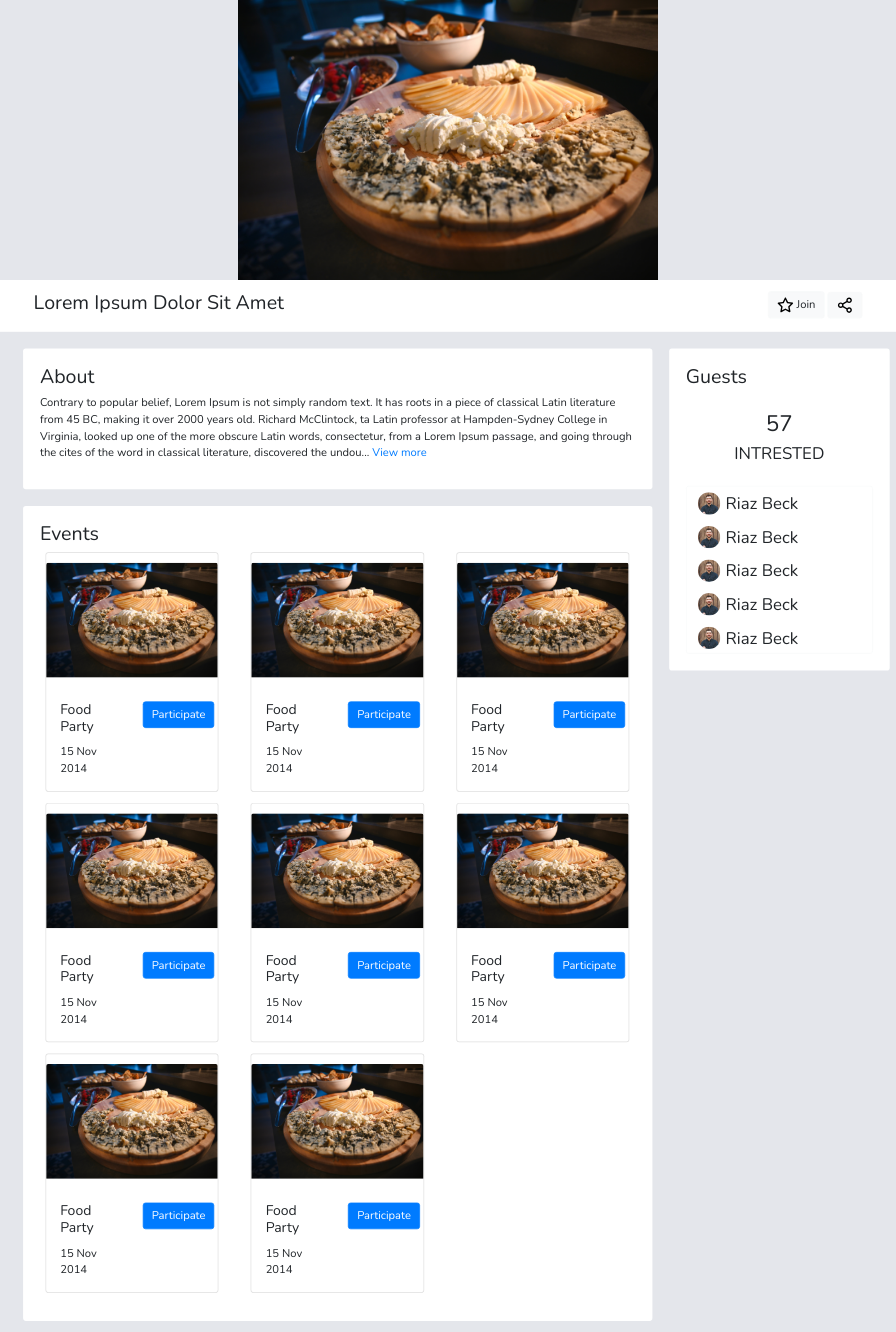
Repository: iamrachid/ensaevents
Page: club.html
These files come from the project's save history. The page is drawn as it stood at one moment and after the next save; the edit follows.
The browser window is 1280 px wide. The pictures show the whole page, at 70% of full size.

Above is the page before, as saved 2021-11-25 19:33:53.

### club.html
<html>

<head>
    <meta charset="UTF-8">
    <meta http-equiv="X-UA-Compatible" content="IE=edge">
    <meta name="viewport" content="width=device-width, initial-scale=1.0">
    <title>Document</title>
    <link rel="stylesheet" href="css/bootstrap.css">
    <link rel="stylesheet" href="css/style.css">
    <!-- Link Swiper's CSS -->
    <link rel="stylesheet" href="https://unpkg.com/swiper/swiper-bundle.min.css" />

    <link rel="preconnect" href="https://fonts.googleapis.com">
    <link rel="preconnect" href="https://fonts.gstatic.com" crossorigin>
    <link
        href="https://fonts.googleapis.com/css2?family=Nunito:ital,wght@0,200;0,300;0,400;0,600;0,700;0,800;0,900;1,200;1,300;1,400;1,600;1,700;1,800;1,900&display=swap"
        rel="stylesheet">
</head>

<body class="w-100">

    <div class="text-center bg-main d-flex justify-content-center">
        <img src="assets/img/card-1.jpg" class="cover-img">
    </div>
    <div class="py-3 px-md-5 px-3">
        <div class="row">
            <div class="col-md-8 col-12">
                <h3>Lorem Ipsum Dolor Sit Amet</h3>
            </div>
            <div class="col-md-4 col-12 d-flex justify-content-start justify-content-md-end">
                <div class="">

                    <button class="btn btn-light ">
                        <svg class="btn-icon">
                            <use xlink:href="assets/img/icons.svg#icon-star"></use>
                        </svg>
                        Join</button>
                    <button class="btn btn-light">
                        <svg class="btn-icon">
                            <use xlink:href="assets/img/icons.svg#icon-share-2"></use>
                        </svg>
                    </button>
                </div>
            </div>
        </div>
    </div>

    <div class="px-md-4 p-0 pb-3 bg-main">
        <div class="row">
            <div class="col-md-8 col-lg-9 col-12 px-4 px-md-3 px-lg-4">
                <div class="bg-white mt-4 p-4 rounded">
                    <h3>About</h3>
                    <!-- <div class="d-flex">
                        <svg class="detail-icon mr-2 mb-2">
                            <use xlink:href="assets/img/icons.svg#icon-users"></use>
                        </svg>
                        <span>69 people responded</span>
                    </div>
                    <div class="d-flex">
                        <svg class="detail-icon mr-2  mb-2">
                            <use xlink:href="assets/img/icons.svg#icon-user"></use>
                        </svg>
                        <span>Event By <strong>Club Social</strong></span>
                    </div>
                    <div class="d-flex">
                        <svg class="detail-icon mr-2 mb-2">
                            <use xlink:href="assets/img/icons.svg#icon-public"></use>
                        </svg>
                        <span>Public · Anyone can attend this event</span>
                    </div> -->
                    <p>
                        <span>
                            Contrary to popular belief, Lorem Ipsum is not simply random text. It has roots in a piece
                            of
                            classical
                            Latin literature from 45 BC, making it over 2000 years old. Richard McClintock, ta Latin
                            professor
                            at
                            Hampden-Sydney College in Virginia, looked up one of the more obscure Latin words,
                            consectetur,
                            from
                            a
                            Lorem Ipsum passage, and going through the cites of the word in classical literature,
                            discovered
                            the
                            undou</span><span class="collapse  multi-collapse show fast" id="dots">...</span>
                        <span class="collapse  multi-collapse fast" id="more-text">btable source. Lorem Ipsum comes from
                            sections
                            1.10.32 and 1.10.33 of "de Finibus Bonorum et
                            Malorum" (The Extremes of Good and Evil) by Cicero, written in 45 BC. This book is a
                            treatise on
                            the
                            theory of ethics, very popular during the Renaissance. The first line of Lorem Ipsum, "Lorem
                            ipsum
                            dolor
                            sit amet..", comes from a line in section 1.10.32.
                        </span>

                        <a class="collapse  multi-collapse fast" type="button" id="less" data-toggle="collapse"
                            data-target=".multi-collapse" aria-expanded="false"
                            aria-controls="dots more less more-text">View less</a>
                        <a class="collapse show  multi-collapse fast" type="button" id="more" data-toggle="collapse"
                            data-target=".multi-collapse" aria-expanded="false"
                            aria-controls="dots more less more-text">View more</a>
                    </p>
                </div>
                <div class="bg-white mt-4 p-4 rounded">
                    <h3>Events</h3>
                    <div class="row">
                        <div class="col-12 col-sm-6 col-xl-4 col-lg-6 col-md-12"">
                            <div class=" card rounded mx-0 mx-sm-1 mx-md-2 mb-3">
                            <div class="card-img-box">
                                <img class="card-img-top" src="assets/img/card-1.jpg" alt="Card image cap">
                            </div>
                            <div class="card-body row">
                                <div class="col-6">
                                    <h5 class="card-title">Food Party</h5>
                                    <p class="card-text">15 Nov 2014</p>
                                </div>
                                <div class="col-6 text-right">
                                    <a href="#" class="btn btn-primary">Participate</a>
                                </div>
                            </div>
                        </div>
                    </div>
                    <div class="col-12 col-sm-6 col-xl-4 col-lg-6 col-md-12"">
                            <div class=" card rounded mx-0 mx-sm-1 mx-md-2 mb-3">
                        <div class="card-img-box">
                            <img class="card-img-top" src="assets/img/card-1.jpg" alt="Card image cap">
                        </div>
                        <div class="card-body row">
                            <div class="col-6">
                                <h5 class="card-title">Food Party</h5>
                                <p class="card-text">15 Nov 2014</p>
                            </div>
                            <div class="col-6 text-right">
                                <a href="#" class="btn btn-primary">Participate</a>
                            </div>
                        </div>
                    </div>
                </div>
                <div class="col-12 col-sm-6 col-xl-4 col-lg-6 col-md-12"">
                            <div class=" card rounded mx-0 mx-sm-1 mx-md-2 mb-3">
                    <div class="card-img-box">
                        <img class="card-img-top" src="assets/img/card-1.jpg" alt="Card image cap">
                    </div>
                    <div class="card-body row">
                        <div class="col-6">
                            <h5 class="card-title">Food Party</h5>
                            <p class="card-text">15 Nov 2014</p>
                        </div>
                        <div class="col-6 text-right">
                            <a href="#" class="btn btn-primary">Participate</a>
                        </div>
                    </div>
                </div>
            </div>
            <div class="col-12 col-sm-6 col-xl-4 col-lg-6 col-md-12"">
                            <div class=" card rounded mx-0 mx-sm-1 mx-md-2 mb-3">
                <div class="card-img-box">
                    <img class="card-img-top" src="assets/img/card-1.jpg" alt="Card image cap">
                </div>
                <div class="card-body row">
                    <div class="col-6">
                        <h5 class="card-title">Food Party</h5>
                        <p class="card-text">15 Nov 2014</p>
                    </div>
                    <div class="col-6 text-right">
                        <a href="#" class="btn btn-primary">Participate</a>
                    </div>
                </div>
            </div>
        </div>
        <div class="col-12 col-sm-6 col-xl-4 col-lg-6 col-md-12"">
                            <div class=" card rounded mx-0 mx-sm-1 mx-md-2 mb-3">
            <div class="card-img-box">
                <img class="card-img-top" src="assets/img/card-1.jpg" alt="Card image cap">
            </div>
            <div class="card-body row">
                <div class="col-6">
                    <h5 class="card-title">Food Party</h5>
                    <p class="card-text">15 Nov 2014</p>
                </div>
                <div class="col-6 text-right">
                    <a href="#" class="btn btn-primary">Participate</a>
                </div>
            </div>
        </div>
    </div>
    <div class="col-12 col-sm-6 col-xl-4 col-lg-6 col-md-12"">
                            <div class=" card rounded mx-0 mx-sm-1 mx-md-2 mb-3">
        <div class="card-img-box">
            <img class="card-img-top" src="assets/img/card-1.jpg" alt="Card image cap">
        </div>
        <div class="card-body row">
            <div class="col-6">
                <h5 class="card-title">Food Party</h5>
                <p class="card-text">15 Nov 2014</p>
            </div>
            <div class="col-6 text-right">
                <a href="#" class="btn btn-primary">Participate</a>
            </div>
        </div>
    </div>
    </div>
    <div class="col-12 col-sm-6 col-xl-4 col-lg-6 col-md-12"">
                            <div class=" card rounded mx-0 mx-sm-1 mx-md-2 mb-3">
        <div class="card-img-box">
            <img class="card-img-top" src="assets/img/card-1.jpg" alt="Card image cap">
        </div>
        <div class="card-body row">
            <div class="col-6">
                <h5 class="card-title">Food Party</h5>
                <p class="card-text">15 Nov 2014</p>
            </div>
            <div class="col-6 text-right">
                <a href="#" class="btn btn-primary">Participate</a>
            </div>
        </div>
    </div>
    </div>
    <div class="col-12 col-sm-6 col-xl-4 col-lg-6 col-md-12"">
                            <div class=" card rounded mx-0 mx-sm-1 mx-md-2 mb-3">
        <div class="card-img-box">
            <img class="card-img-top" src="assets/img/card-1.jpg" alt="Card image cap">
        </div>
        <div class="card-body row">
            <div class="col-6">
                <h5 class="card-title">Food Party</h5>
                <p class="card-text">15 Nov 2014</p>
            </div>
            <div class="col-6 text-right">
                <a href="#" class="btn btn-primary">Participate</a>
            </div>
        </div>
    </div>
    </div>

    </div>
    </div>
    </div>
    <div class=" px-4 px-md-0 py-4 col-md-4 col-lg-3  col-sm-12 ">
        <div class="bg-white  p-4 rounded">
            <h3>Guests</h3>
            <div class="d-flex  justify-content-center py-4">
                <div class="d-flex flex-column align-items-center">
                    <h2 cla>57</h2>
                    <h4 class="text-uppercase">Intrested</h4>
                </div>

            </div>
            <div class="overflow-auto border-light border rounded users px-2">
                <div class="user d-flex align-items-center">
                    <img class="user-img m-2" src="assets/img/user.png" />
                    <span class="user-name">Riaz Beck</span>
                </div>
                <div class="user d-flex align-items-center">
                    <img class="user-img m-2" src="assets/img/user.png" />
                    <span class="user-name">Riaz Beck</span>
                </div>
                <div class="user d-flex align-items-center">
                    <img class="user-img m-2" src="assets/img/user.png" />
                    <span class="user-name">Riaz Beck</span>
                </div>
                <div class="user d-flex align-items-center">
                    <img class="user-img m-2" src="assets/img/user.png" />
                    <span class="user-name">Riaz Beck</span>
                </div>
                <div class="user d-flex align-items-center">
                    <img class="user-img m-2" src="assets/img/user.png" />
                    <span class="user-name">Riaz Beck</span>
                </div>
                <div class="user d-flex align-items-center">
                    <img class="user-img m-2" src="assets/img/user.png" />
                    <span class="user-name">Riaz Beck</span>
                </div>
                <div class="user d-flex align-items-center">
                    <img class="user-img m-2" src="assets/img/user.png" />
                    <span class="user-name">Riaz Beck</span>
                </div>
                <div class="user d-flex align-items-center">
                    <img class="user-img m-2" src="assets/img/user.png" />
                    <span class="user-name">Riaz Beck</span>
                </div>
                <div class="user d-flex align-items-center">
                    <img class="user-img m-2" src="assets/img/user.png" />
                    <span class="user-name">Riaz Beck</span>
                </div>
                <div class="user d-flex align-items-center">
                    <img class="user-img m-2" src="assets/img/user.png" />
                    <span class="user-name">Riaz Beck</span>
                </div>
            </div>
        </div>
    </div>
    </div>
    <script src="js/jquery-3.6.0.js">
    </script>
    <!-- Bootstrap -->
    <script src="js/bootstrap.js"></script>
    <!-- Swiper JS -->
    <script src="js/swiper-bundle.min.js"></script>

    <!-- Main script -->
    <script src="js/script.js"></script>

</body>

</html>

### css/style.css
@font-face {
    font-family: Forever;
    src: url(../font/Foreverbrushscript-GwZy.otf);
  }

html, body{
    font-family: "Nunito";
    font-weight: 400;
    width: 100%;
}
.hero {
    background: linear-gradient(45deg, rgba(173,225,255,1) 0%, rgba(186,175,255,1) 40%, rgba(175,255,182,1) 74%, rgba(175,255,182,1) 100%);
}
.btn-header {
    font-size: 1rem;
}

.heading-title {
    font-size: 5rem;
    font-weight: 800;
}
@media only screen and (max-width: 768px) {
    .heading-title {
        font-size: 4rem;
    }

    .padding-smallSize {
        padding: .5rem;
    }
}

.heading-title_white {
    color: #fafafa;
}
.heading-subtitle {
    color: #fafafa;
    letter-spacing: .2cm;
}
.search-bar {
    padding: .51rem 0.5rem;
    background-color: white;
    left: 50%;
    transform: translate(-50%,-50%);
    border-radius: 30px;
}

.search-btn {
    background-color: #b2d0ff;
    color: #fafafa;
    font-weight: 600;
}

.card-img-box {
    height: 12rem;
    overflow: hidden;
    display: flex;
    justify-content: center;
    align-items: center;
}

.forever {
    font-family: Forever;
    font-size:2rem
}

.bg-color-blue {
    background-color:#b2d0ff;
}

.gradient {
    background:linear-gradient(to right,rgba(149, 133, 255,1) 0%, rgba(186,175,255,1)  100%);
}

.menu-icon {
    width: 1.2rem;
    height: 1.2rem;
    fill: #fff;
}

.menu-active {
    border-left: 5px solid #fff;
}

.side-nav-link, .side-nav-link:hover {
    color: #fff;
}

.side-nav-item.active:hover {
    padding-right:5px;
}

.side-nav-item {
    transition: all  0.3s;
}

.side-nav-item:hover, .side-nav-item.active {
    border-left: 5px solid #fff;
    transition: all 0.3s;
}

.btn-purple {
    color: #fff;
    background-color: rgba(149, 133, 255,1);
    border-color: rgba(149, 133, 255,1);
}

.btn-purple:hover {
    color: #fff;
    background-color: rgba(186,175,255,1);
    border-color: rgba(186,175,255,1);
}

.detail-icon {
    height: 1.5rem;
    width: 1.5rem;
}

.users {
    height: 15rem;
}

.user-name {
    font-size:1.5rem;
}

.user-img {
    height: 2rem;
    width: 2rem;
    border-radius:50%;
}

.btn-icon {
    height: 1.5rem;
    width: 1.5rem;
}

.fast {
    transition: all 0s;
}

.bg-main {
    background-color: #e4e6eb !important;
}

.cover-img {
    width: 100%;
    max-width: 600px;
}

/* Reviews */

.rating-icon {
    fill: #FBC02D;
    height: 1rem;
    width: 1rem;
}

.review-card {
    border-radius: 5px;
    background-color: #fff;
    background-color: #fafafa;
    padding-left: 60px;
    padding-right: 60px;
    margin-top: 30px;
    padding-top: 30px;
    padding-bottom: 30px
}

.rating-box {
    width: 130px;
    height: 130px;
    margin-right: auto;
    margin-left: auto;
    background-color: #FBC02D;
    color: #fff
}

.rating-label {
    font-weight: bold
}

.rating-bar {
    width: 300px;
    padding: 8px;
    border-radius: 5px
}

.bar-container {
    width: 100%;
    background-color: #f1f1f1;
    text-align: center;
    color: white;
    border-radius: 20px;
    cursor: pointer;
    margin-bottom: 5px
}

.bar-5 {
    width: 70%;
    height: 13px;
    background-color: #FBC02D;
    border-radius: 20px
}

.bar-4 {
    width: 30%;
    height: 13px;
    background-color: #FBC02D;
    border-radius: 20px
}

.bar-3 {
    width: 20%;
    height: 13px;
    background-color: #FBC02D;
    border-radius: 20px
}

.bar-2 {
    width: 10%;
    height: 13px;
    background-color: #FBC02D;
    border-radius: 20px
}

.bar-1 {
    width: 0%;
    height: 13px;
    background-color: #FBC02D;
    border-radius: 20px
}


.star-active {
    color: #FBC02D;
    margin-top: 10px;
    margin-bottom: 10px
}

.star-active:hover {
    color: #F9A825;
    cursor: pointer
}

.star-inactive {
    color: #CFD8DC;
    margin-top: 10px;
    margin-bottom: 10px
}

.blue-text {
    color: #0091EA
}

.content {
    font-size: 18px
}

.profile-pic {
    width: 90px;
    height: 90px;
    border-radius: 100%;
    margin-right: 30px
}

.pic {
    width: 80px;
    height: 80px;
    margin-right: 10px
}

### js/script.js
var swiper = new Swiper(".events", {
    pagination: {
      el: ".swiper-pagination",
      clickable: true,
    }
    ,
    breakpoints: {
      640: {
        slidesPerView: 1,
        spaceBetween: 20,
      },
      768: {
        slidesPerView: 2,
        spaceBetween: 40,
      },
      1024: {
        slidesPerView: 3,
        spaceBetween: 50,
      },
    },

  })

  var swiper = new Swiper(".clubs", {
    spaceBetween: 10,
    autoplay: {
      delay: 3000,
      // TODO: this should be false
      disableOnInteraction: false,
    },
    pagination: {
      el: ".swiper-pagination",
      clickable: true,
    },
    navigation: {
      nextEl: ".swiper-button-next",
      prevEl: ".swiper-button-prev",
    },
    breakpoints: {
      640: {
        slidesPerView: 2,
        spaceBetween: 20,
      },
      768: {
        slidesPerView: 3,
        spaceBetween: 40,
      },
      1024: {
        slidesPerView: 5,
        spaceBetween: 50,
      },
    }
  });;

Loaded but not shown: css/bootstrap.css (library); js/jquery-3.6.0.js (library); js/bootstrap.js (library); js/swiper-bundle.min.js (library)

After the next save:
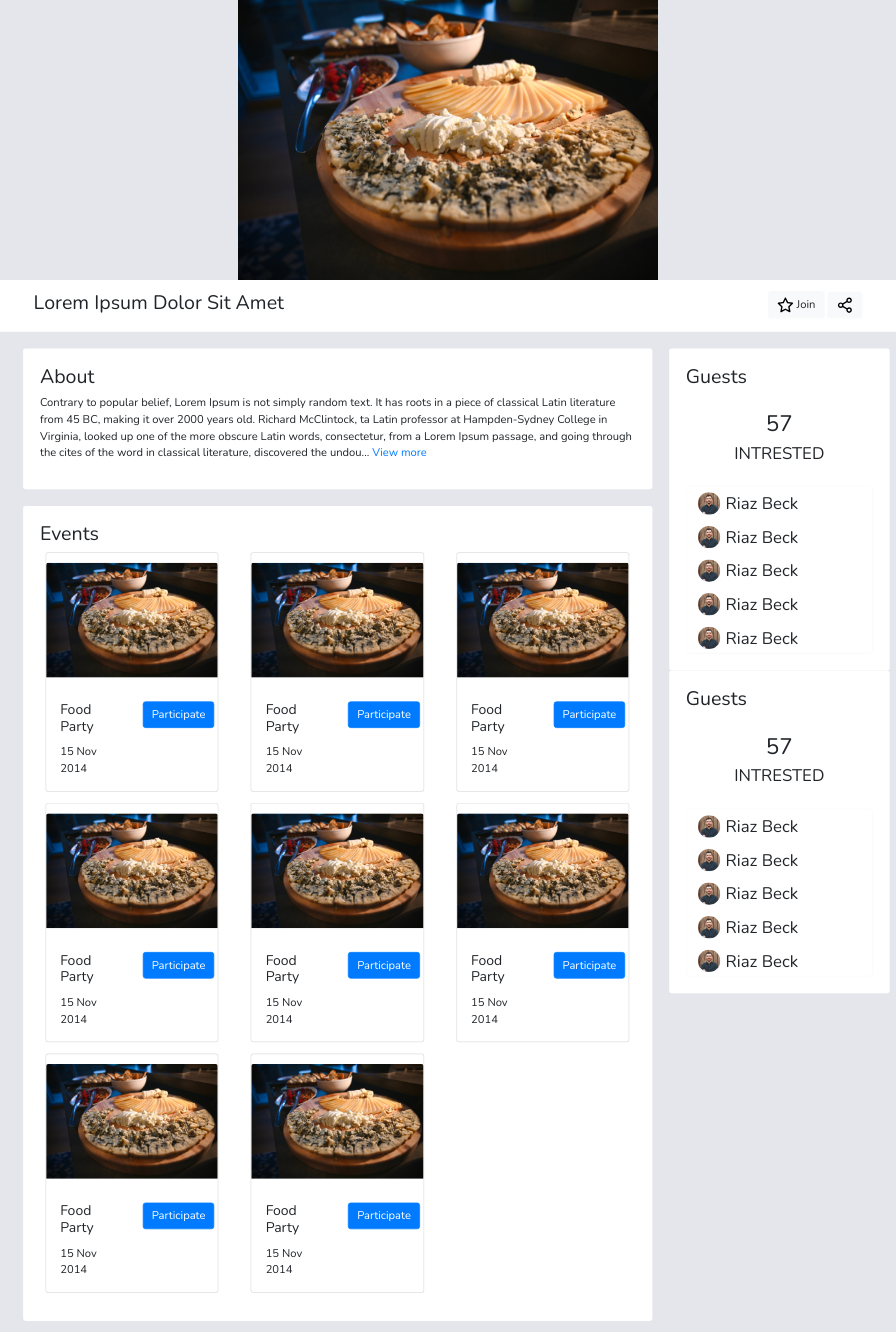
Saved 2 min 22 s later.
--- a/club.html
+++ b/club.html
@@ -292,6 +292,58 @@
                 </div>
             </div>
         </div>
+        <div class="bg-white  p-4 rounded">
+            <h3>Guests</h3>
+            <div class="d-flex  justify-content-center py-4">
+                <div class="d-flex flex-column align-items-center">
+                    <h2 cla>57</h2>
+                    <h4 class="text-uppercase">Intrested</h4>
+                </div>
+
+            </div>
+            <div class="overflow-auto border-light border rounded users px-2">
+                <div class="user d-flex align-items-center">
+                    <img class="user-img m-2" src="assets/img/user.png" />
+                    <span class="user-name">Riaz Beck</span>
+                </div>
+                <div class="user d-flex align-items-center">
+                    <img class="user-img m-2" src="assets/img/user.png" />
+                    <span class="user-name">Riaz Beck</span>
+                </div>
+                <div class="user d-flex align-items-center">
+                    <img class="user-img m-2" src="assets/img/user.png" />
+                    <span class="user-name">Riaz Beck</span>
+                </div>
+                <div class="user d-flex align-items-center">
+                    <img class="user-img m-2" src="assets/img/user.png" />
+                    <span class="user-name">Riaz Beck</span>
+                </div>
+                <div class="user d-flex align-items-center">
+                    <img class="user-img m-2" src="assets/img/user.png" />
+                    <span class="user-name">Riaz Beck</span>
+                </div>
+                <div class="user d-flex align-items-center">
+                    <img class="user-img m-2" src="assets/img/user.png" />
+                    <span class="user-name">Riaz Beck</span>
+                </div>
+                <div class="user d-flex align-items-center">
+                    <img class="user-img m-2" src="assets/img/user.png" />
+                    <span class="user-name">Riaz Beck</span>
+                </div>
+                <div class="user d-flex align-items-center">
+                    <img class="user-img m-2" src="assets/img/user.png" />
+                    <span class="user-name">Riaz Beck</span>
+                </div>
+                <div class="user d-flex align-items-center">
+                    <img class="user-img m-2" src="assets/img/user.png" />
+                    <span class="user-name">Riaz Beck</span>
+                </div>
+                <div class="user d-flex align-items-center">
+                    <img class="user-img m-2" src="assets/img/user.png" />
+                    <span class="user-name">Riaz Beck</span>
+                </div>
+            </div>
+        </div>
     </div>
     </div>
     <script src="js/jquery-3.6.0.js">
